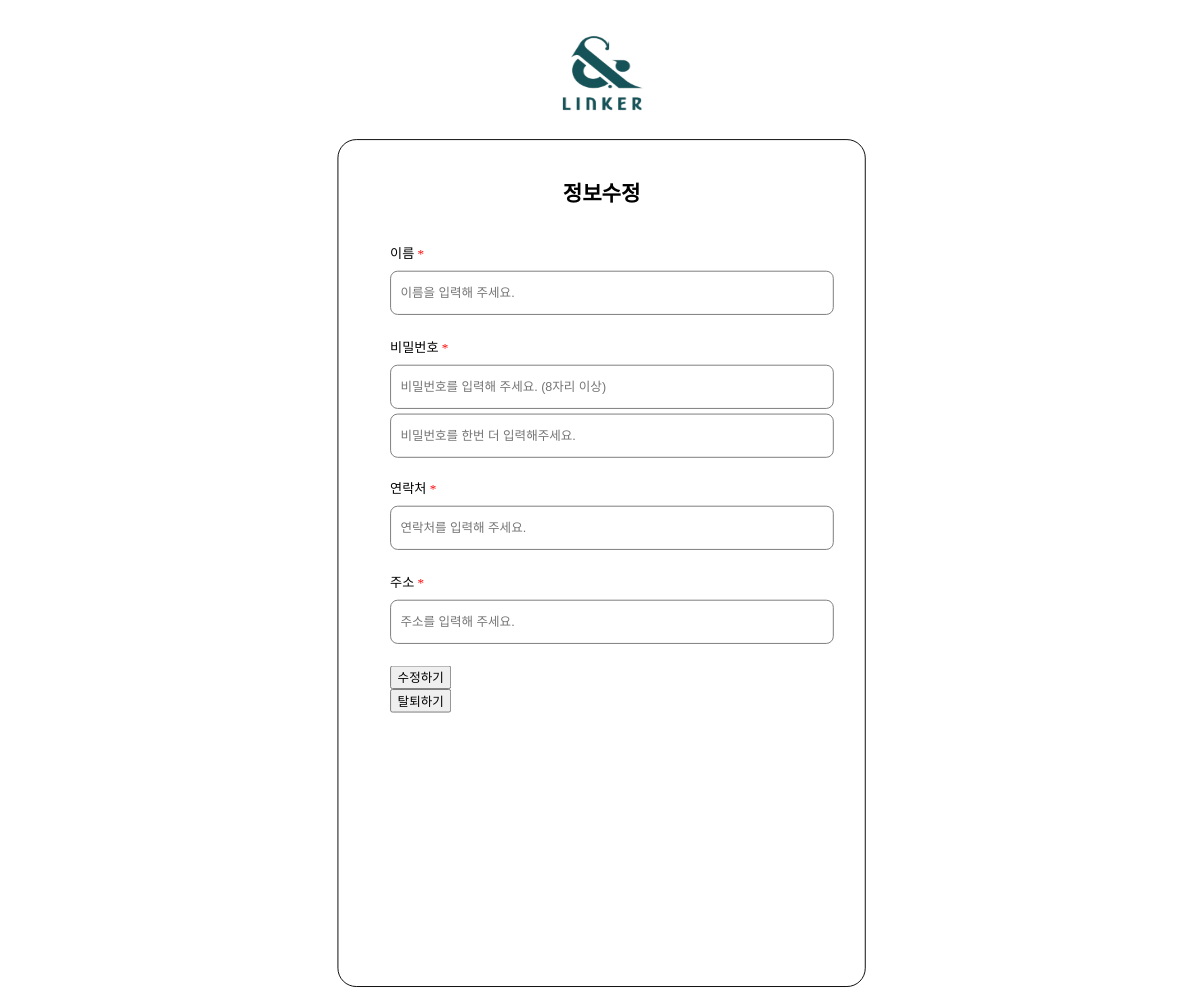
Repository: soomseting/let_me_go
Page: http://localhost/LINKER_re/jsp/main/user_update.jsp
The author's editor kept a copy of each file at every save. The page is drawn from the files as they stood at one save, then again after the next save.
The browser window is 1280 px wide. The pictures show the whole page, at 94% of full size.
The page is served by Tomcat 9.

Above is the page before, as saved 2025-03-24 05:54:15.
Console error: TypeError: Cannot set properties of null (setting 'onclick')

After the next save:
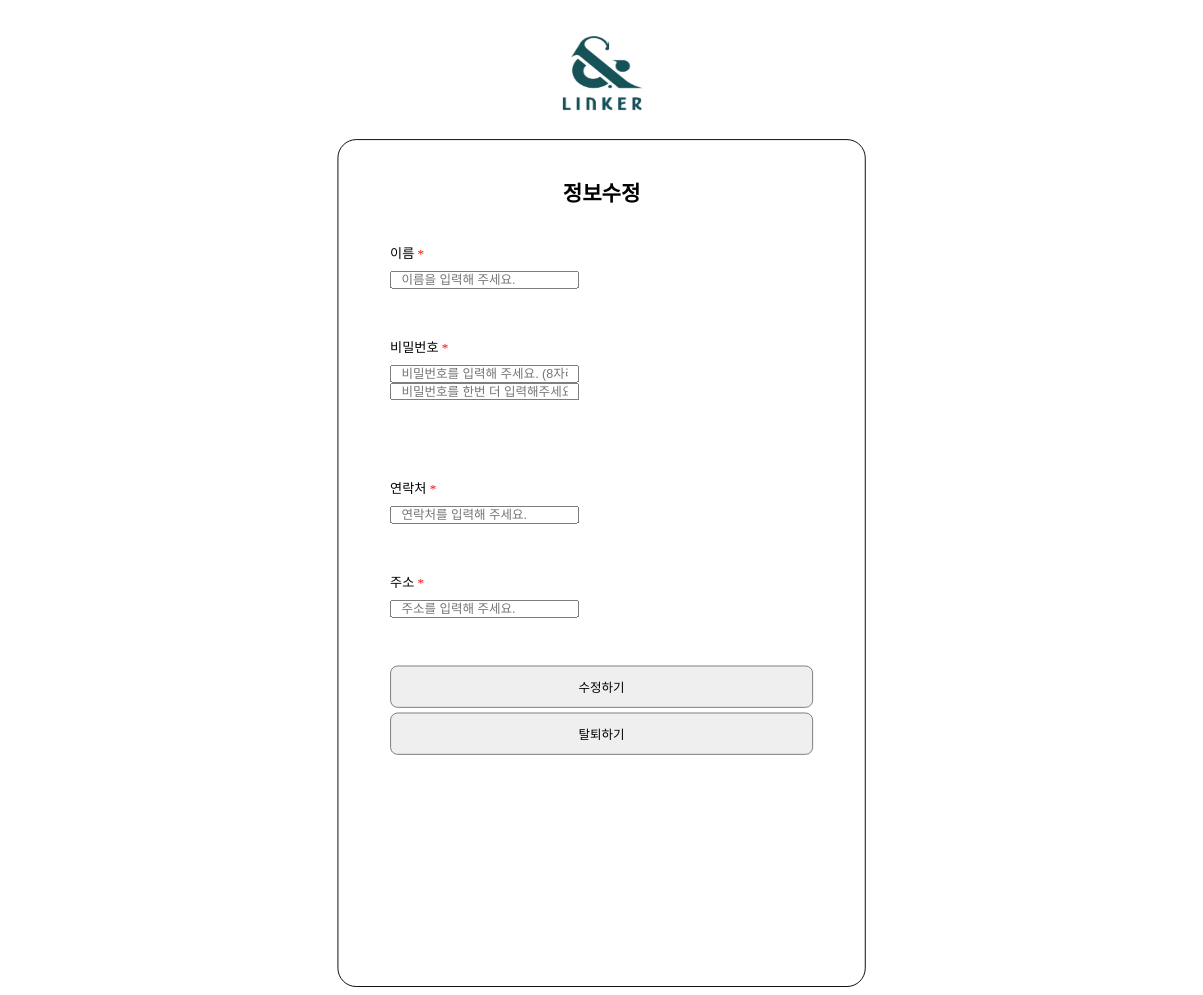
Saved 30 s later.
--- a/LINKER_re/src/main/webapp/css/sign_up.css
+++ b/LINKER_re/src/main/webapp/css/sign_up.css
@@ -10,7 +10,7 @@
 .su_con_box{width: 450px;height: 100px;margin: 0 auto;}
 .su_ct{font-size: 14px; margin-bottom: 10px;}
 .su_ct span{color: red;}
-.su_input input{width: 450px;height: 45px; border-radius: 8px; border: 1px solid #777;margin-bottom: 5px;}
+.su_input button{width: 450px;height: 45px; border-radius: 8px; border: 1px solid #777;margin-bottom: 5px;}
 .su_input input[placeholder]{padding: 0 10px;}
 .su_con_one{margin-top: 50px;}
 /* .su_con_for{margin-top: 15px;} */
